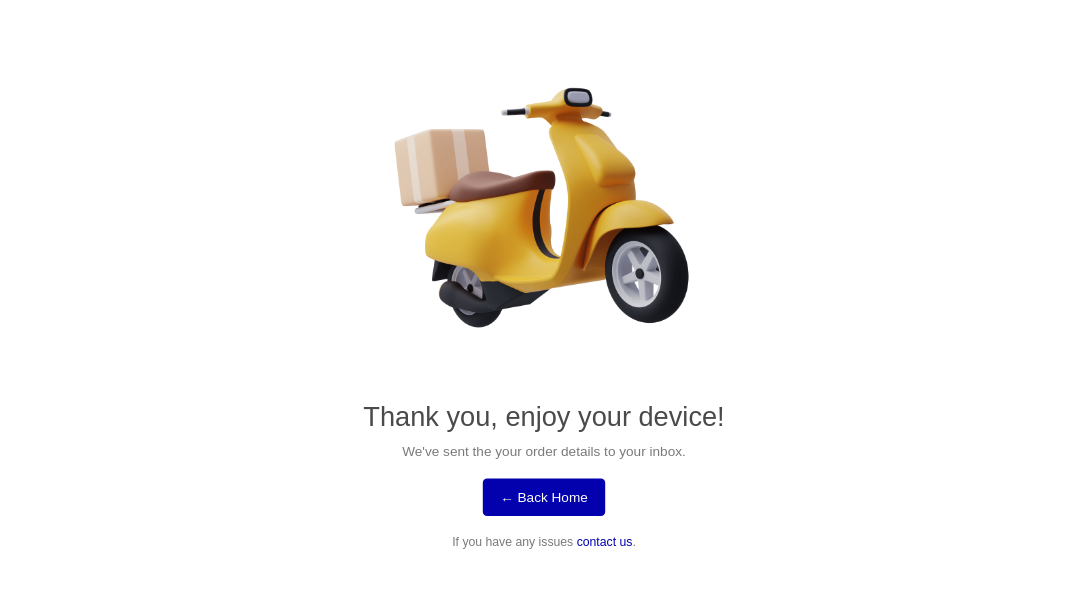
Repository: Davidobi21/macelect
Page: frontend/pages/thank-you.html
An editor plug-in stored every save of this project. The page is shown before and after the next save, followed by the edit.
The browser window is 1280 px wide. The pictures show the whole page, at 85% of full size.

Above is the page before, as saved 2025-05-01 05:27:10.

### frontend/pages/thank-you.html
<!DOCTYPE html>
<html lang="en">
<head>
  <meta charset="UTF-8">
  <meta name="viewport" content="width=device-width, initial-scale=1.0">
  <title>Thank You</title>
  <link href="https://cdn.jsdelivr.net/npm/bootstrap@5.3.0-alpha1/dist/css/bootstrap.min.css" rel="stylesheet">
  <style>
    body {
      display: flex;
      justify-content: center;
      align-items: center;
      height: 100vh;
      margin: 0;
      font-family: 'Arial', sans-serif;
    }
    .thank-you-container {
      text-align: center;
      padding: 40px;
      border-radius: 10px;
    }
    .thank-you-container img {
      width: 400px;
      margin-bottom: 20px;
    }
    .thank-you-container h1 {
      font-size: 2rem;
      color: #4a4a4a;
      margin-bottom: 10px;
    }
    .thank-you-container p {
      color: #7a7a7a;
      margin-bottom: 20px;
    }
    .thank-you-container .btn {
      background-color: #0300ad;
      color: #fff;
      padding: 10px 20px;
      border: none;
      border-radius: 5px;
      text-decoration: none;
      font-size: 1rem;
    }
    .thank-you-container .btn:hover {
      background-color: #e14c6a;
    }
    .thank-you-container .contact {
      margin-top: 20px;
      font-size: 0.9rem;
      color: #7a7a7a;
    }
    .thank-you-container .contact a {
      color:  #0300ad;
      text-decoration: none;
    }
    .thank-you-container .contact a:hover {
      text-decoration: underline;
    }
  </style>
</head>
<body>
  <div class="thank-you-container">
    <img src="../images/pngwing.com (10).png" alt="Email Icon">
    <h1>Thank you, enjoy your device!</h1>
    <p>We've sent the your order details to your inbox.</p>
    <a href="../index.html" class="btn">← Back Home</a>
    <div class="contact">
      <p>If you have any issues <a href="contact.html">contact us</a>.</p>
    </div>
  </div>
</body>
</html>

After the next save:
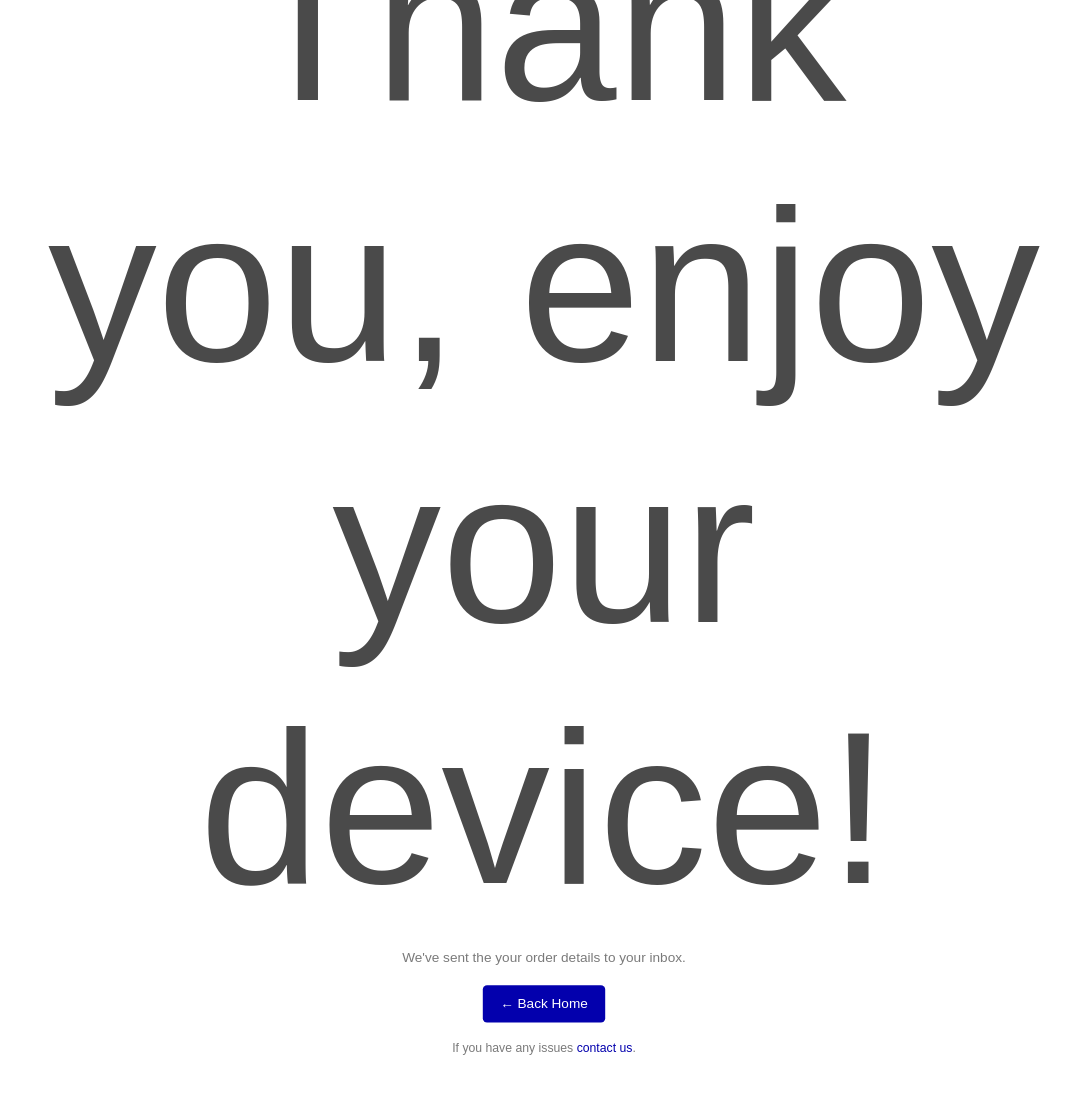
Saved 49 s later.
--- a/frontend/pages/thank-you.html
+++ b/frontend/pages/thank-you.html
@@ -24,7 +24,7 @@
       margin-bottom: 20px;
     }
     .thank-you-container h1 {
-      font-size: 2rem;
+      font-size: 16rem;
       color: #4a4a4a;
       margin-bottom: 10px;
     }
